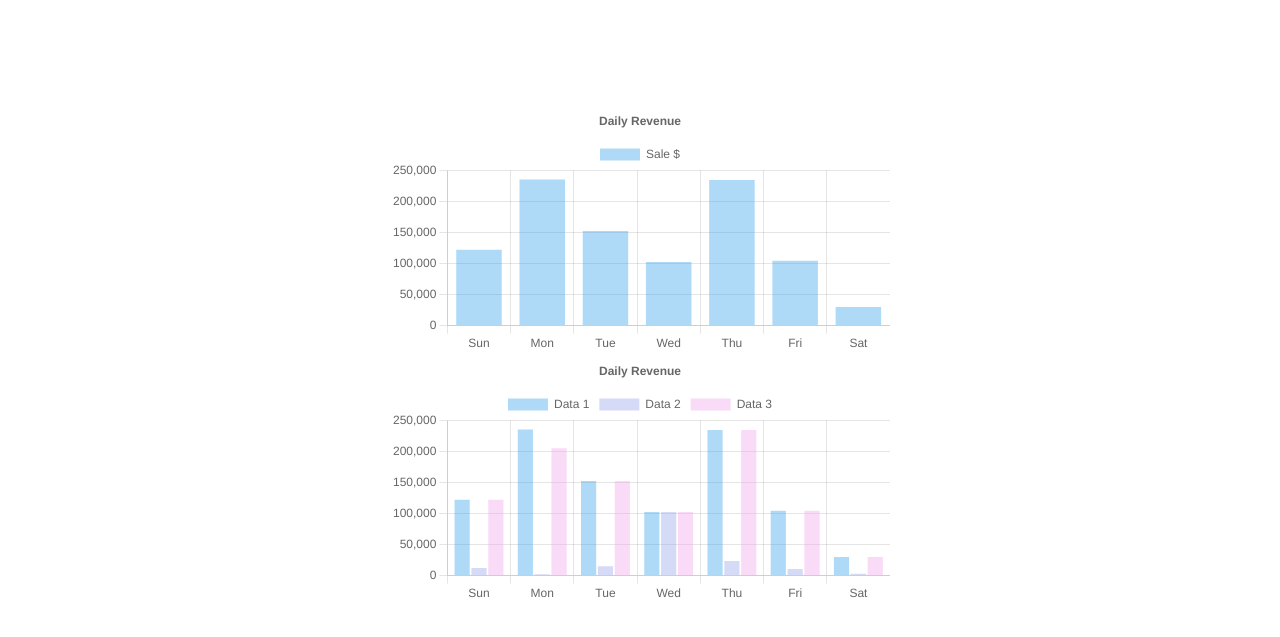
Repository: k8ANStar/exercise-5
Page: /
An editor plug-in stored every save of this project. The page is shown before and after a run of saves, followed by the edit.
The browser window is 1280 px wide. The pictures show the whole page.
The project was rebuilt for these pictures with package versions that can differ from the ones it lists, and the page was loaded fresh each time. The framework's server and built-in components were replaced by stand-ins that run in the browser. Also part of the build but not shown: next.config.mjs.

Above is the page before, as saved 2024-04-15 10:24:40.

After the next 6 saves:
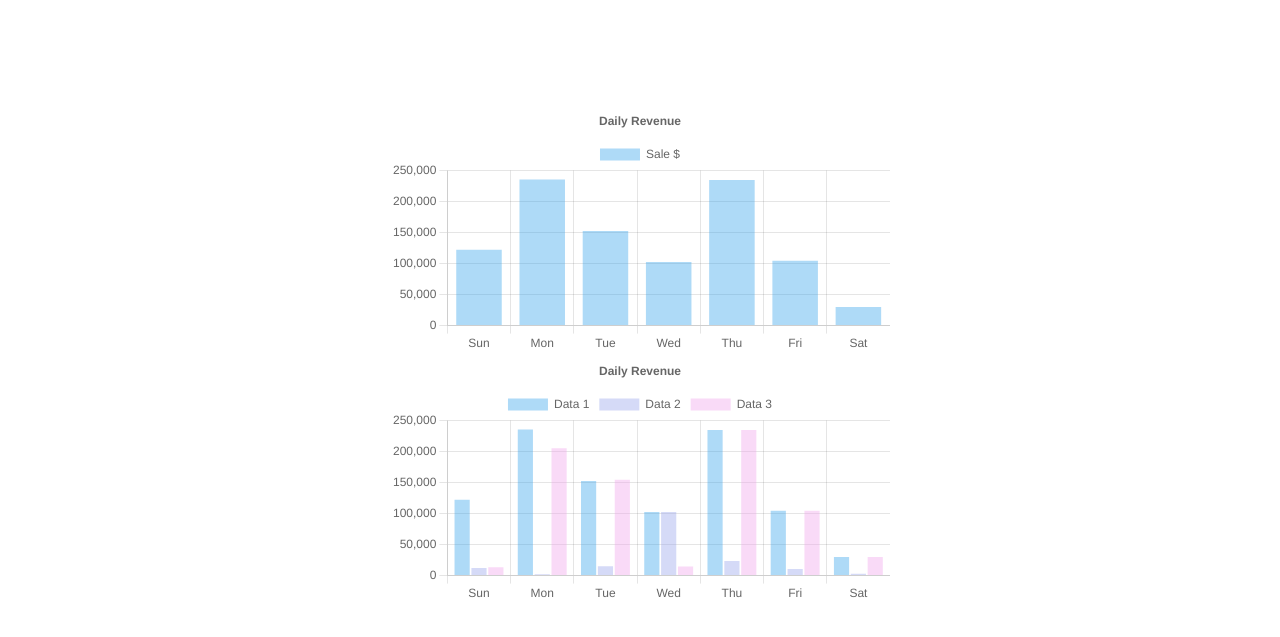
The 6 saves are shown as one change because they came seconds apart.
The last was saved 14 s later.
--- a/components/HorizontalChart/index.js
+++ b/components/HorizontalChart/index.js
@@ -45,7 +45,7 @@ export default function HorizontalChart() {
 				},
 				{
 					label: "Data 3",
-					data: [122340, 205256, 152455, 102430, 234561, 104326, 30000],
+					data: [13340, 205276, 154555, 14530, 234561, 104326, 30000],
 					borderColor: "rgb(240, 162, 235)",
 					backgroundColor: "rgb(240, 162, 235, 0.4)",
 				},
